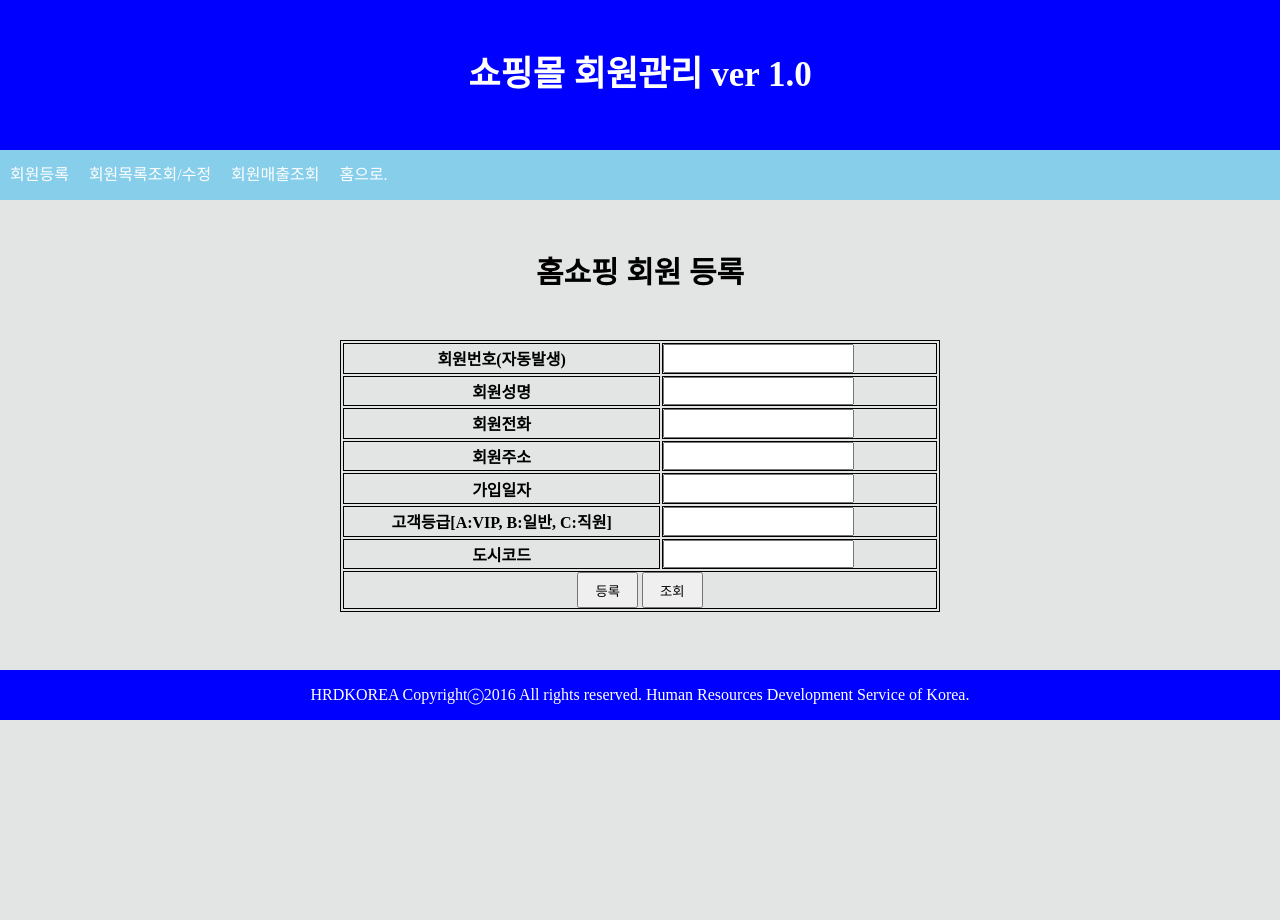
Repository: kayeunae/mvc-pattern
Page: http://localhost/HRD_1234/add.jsp
These files come from the project's save history. The page is drawn as it stood at one moment and after the next save; the edit follows.
The browser window is 1280 px wide. The pictures show the whole page.
The page is served by Tomcat 9. Other server files are loaded and not shown.

Above is the page before, as saved 2022-12-19 06:24:41.

### HRD_1234/src/main/webapp/add.jsp
<%@ page language="java" contentType="text/html; charset=UTF-8"
	pageEncoding="UTF-8"%>
<!DOCTYPE html>
<html>
<head>
<meta charset="UTF-8">
<title>Insert title here</title>
<link rel="stylesheet" href="style.css">
</head>
<body>
	<%@ include file="topmenu.jsp"%>
	<section>
		<div class="title">홈쇼핑 회원 등록</div>
		<form name="frm" action="insert">
			<input type="hidden" id="GUBUN" value="insert">
			<div class="wrapper">
				<table border="1">
				<tr>
					<th>회원번호(자동발생)</th>
					<td><input type="text" name="custno"></td>
				</tr>
				<tr>
					<th>회원성명</th>
					<td><input type="text"></td>
				</tr>
				<tr>
					<th>회원전화</th>
					<td><input type="text"></td>
				</tr>
				<tr>
					<th>회원주소</th>
					<td><input type="text"></td>
				</tr>
				<tr>
					<th>가입일자</th>
					<td><input type="text"></td>
				</tr>
				<tr>
					<th>고객등급[A:VIP, B:일반, C:직원]</th>
					<td><input type="text"></td>
				</tr>
				<tr>
					<th>도시코드</th>
					<td><input type="text"></td>
				</tr>
				<tr>
					<td colspan="2">
					<button class="btn" type="submit">등록</button>
					<button class="btn" type="button">조회</button>
					</td>
				</tr>
			</table>
			</div>
		</form>
	</section>
	<%@ include file="footer.jsp"%>

</body>
</html>

### HRD_1234/src/main/webapp/topmenu.jsp
<%@ page language="java" contentType="text/html; charset=UTF-8"
    pageEncoding="UTF-8"%>
<!DOCTYPE html>
<html>
<head>
<meta charset="UTF-8">
<title>Insert title here</title>
</head>
<body>
	<header>쇼핑몰 회원관리 ver 1.0</header>
	<nav>
		<ul>
			<li><a href="add">회원등록</a></li>
			<li><a href="add">회원목록조회/수정</a></li>
			<li><a href="add">회원매출조회</a></li>
			<li><a href="add">홈으로.</a></li>
		</ul>
	</nav>
</body>
</html>

### HRD_1234/src/main/webapp/footer.jsp
<%@ page language="java" contentType="text/html; charset=UTF-8"
    pageEncoding="UTF-8"%>
<!DOCTYPE html>
<html>
<head>
<meta charset="UTF-8">
<title>Insert title here</title>
</head>
<body>
	<footer>
		HRDKOREA Copyrightⓒ2016 All rights reserved. Human Resources Development Service of Korea.
	</footer>
</body>
</html>

### HRD_1234/src/main/webapp/style.css
@charset "UTF-8";

/*초기화 코드*/
* {
	margin: 0;
	padding: 0;
}

/* topmenu.jsp */
header{
	top: 0;
	height: 150px;
	line-height: 150px;
	width: 100%;
	background: blue;
	text-align: center;
	font-size: 35px;
	font-weight: 900;
	color: #fff;
}

nav ul{
	height: 50px;
	line-height: 50px;
	width: 100%;
	background: skyblue;
	overflow: hidden;
}

nav ul li {
	/* 수직 정렬 */
	float: left;
	list-style: none;
	/*양 옆에 10px 여백*/
	padding: 0 10px;
}

a{
	text-decoration: none;
	color: #fff;
}

/*
a:hover{
	cursor: pointer;
}
*/

/* index.jsp */
section{
	position: absolute;
	overflow: auto;
	width: 100%;
	height:100%;
	background: #e3e5e5;
}

/* add.jsp */
.title {
	font-size: 30px;
	font-weight: 900;
	text-align: center;
	margin: 3rem;
}

.wrapper {
	display: flex;
	/*아래 두 개는 전체 콘텐츠를 가운데 정렬하는 역할을 함*/
	justify-content: center;
	align-items: center;
	/* 여기까지 */
	text-align: center;
}

table{
	width: 600px;
}

table, tr, th, td {
	border: 1px solid black;
}

td input {
	float: left;
	padding: 0.3rem;
}

.btn {
	padding: 0.4rem 1rem;
}

/* footer.jsp */
footer{
	position: fixed;
	bottom: 0;
	width: 100%;
	height: 50px;
	line-height: 50px;
	text-align: center;
	background: blue;
	color: white;
}

After the next save:
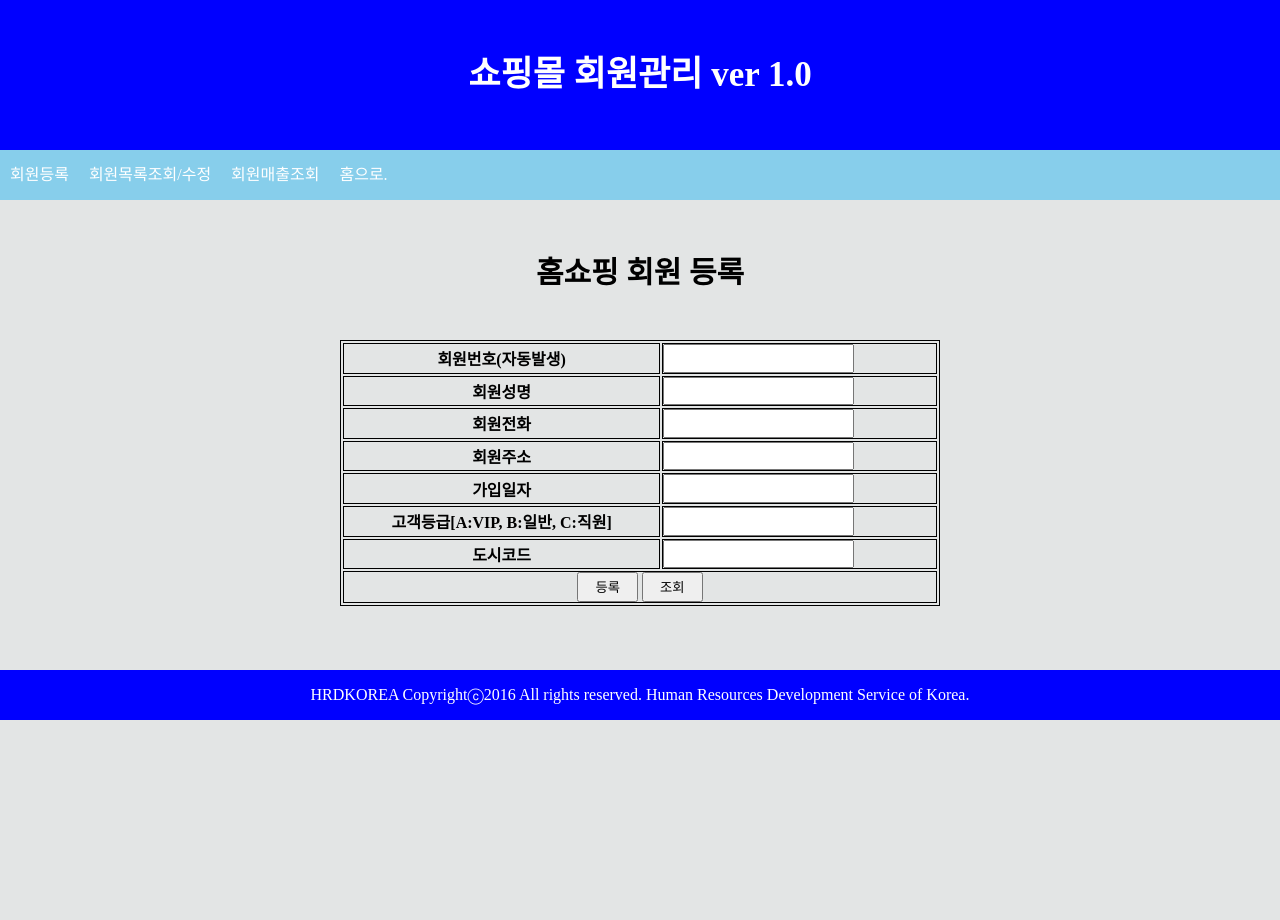
Saved 70 s later.
--- a/HRD_1234/src/main/webapp/style.css
+++ b/HRD_1234/src/main/webapp/style.css
@@ -86,7 +86,7 @@ td input {
 }
 
 .btn {
-	padding: 0.4rem 1rem;
+	padding: 0.2rem 1rem;
 }
 
 /* footer.jsp */
